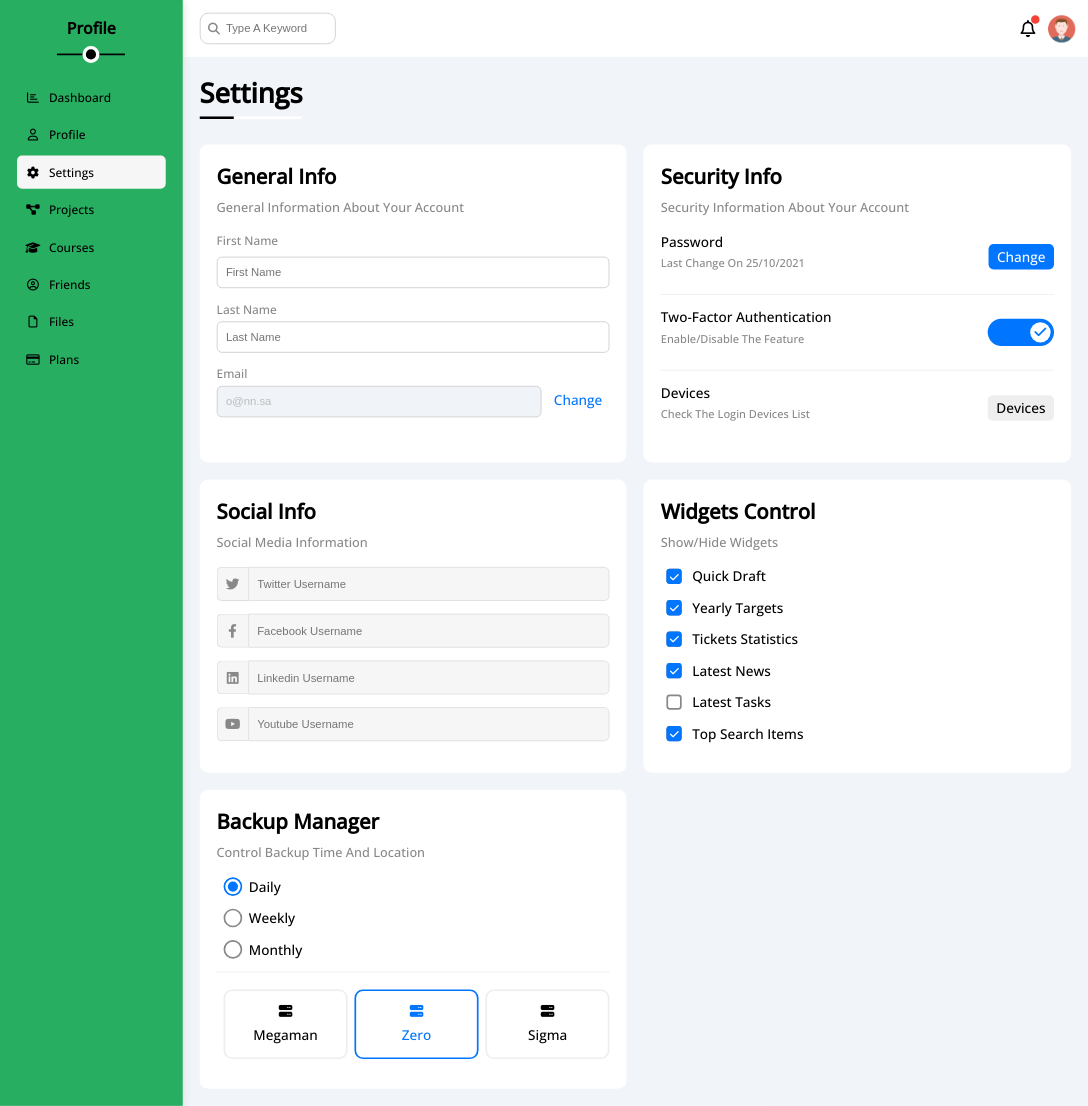
Repository: souhailaniba/Bookly
Page: public/assets/books webstie/settings.html
These files come from the project's save history. The page is drawn as it stood at one moment and after the next save; the edit follows.
The browser window is 1280 px wide. The pictures show the whole page, at 85% of full size.

Above is the page before, as saved 2023-01-27 14:45:18.

After the next save:
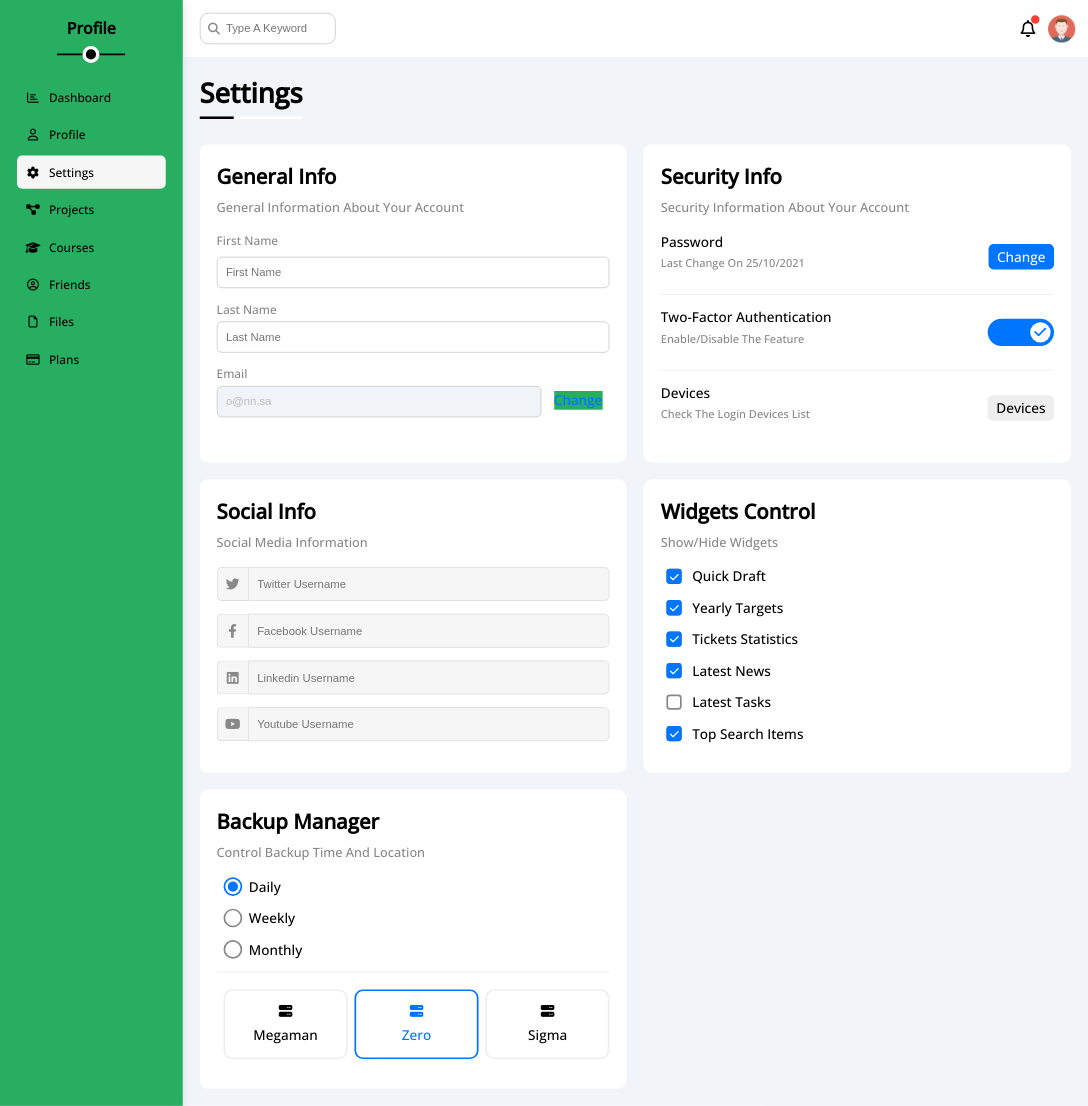
Saved 36 s later.
--- a/public/assets/books webstie/settings.html
+++ b/public/assets/books webstie/settings.html
@@ -115,7 +115,7 @@
                 value="o@nn.sa"
                 disabled
               />
-              <a class="c-blue" href="#">Change</a>
+              <a class="c-blue" href="#" style="background-color: #27ae60;">Change</a>
             </div>
           </div>
           <!-- End Settings Box -->

After the save that followed:
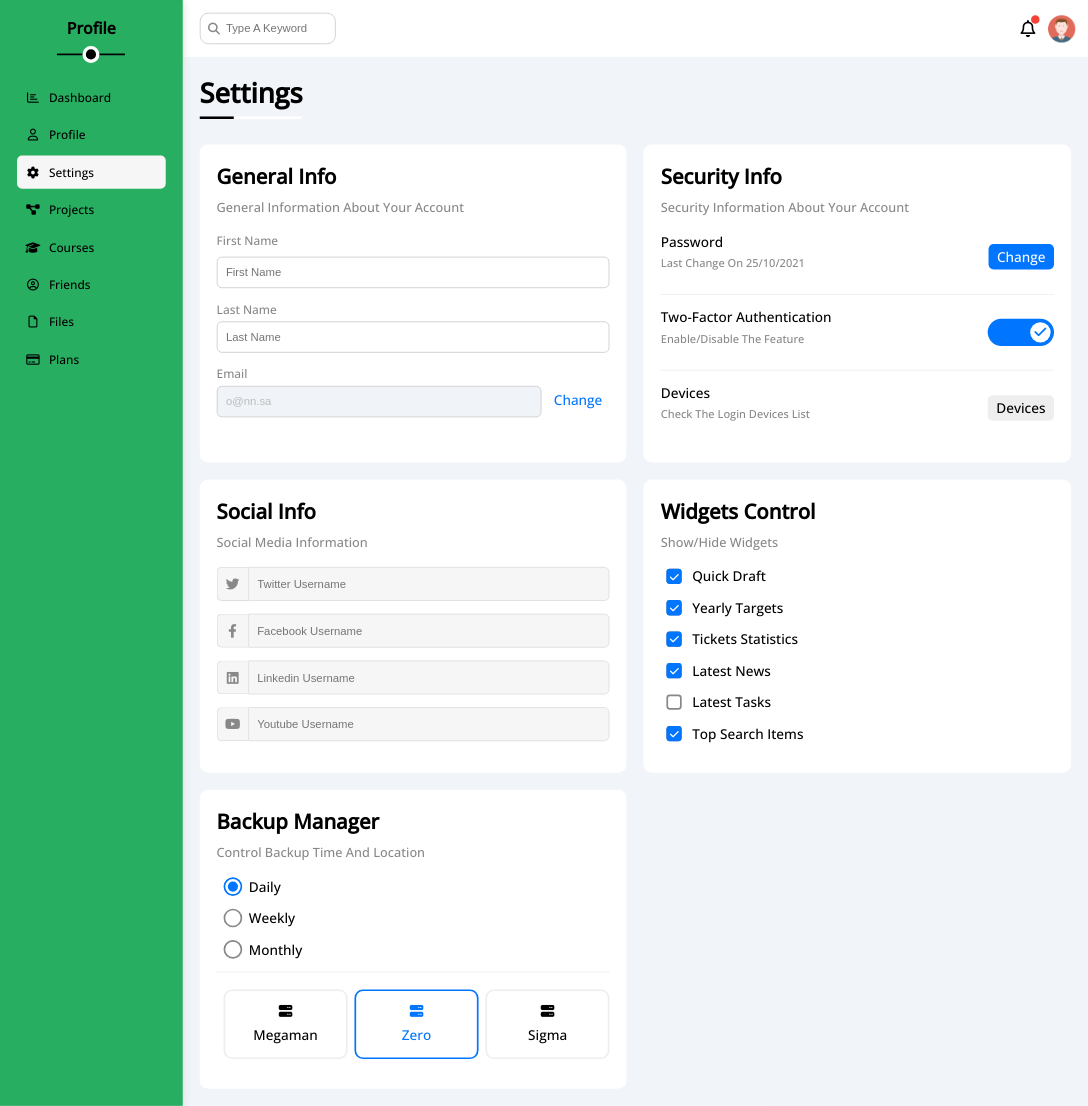
Saved 8 s later.
--- a/public/assets/books webstie/settings.html
+++ b/public/assets/books webstie/settings.html
@@ -115,7 +115,7 @@
                 value="o@nn.sa"
                 disabled
               />
-              <a class="c-blue" href="#" style="background-color: #27ae60;">Change</a>
+              <a class="c-blue" href="#">Change</a>
             </div>
           </div>
           <!-- End Settings Box -->
